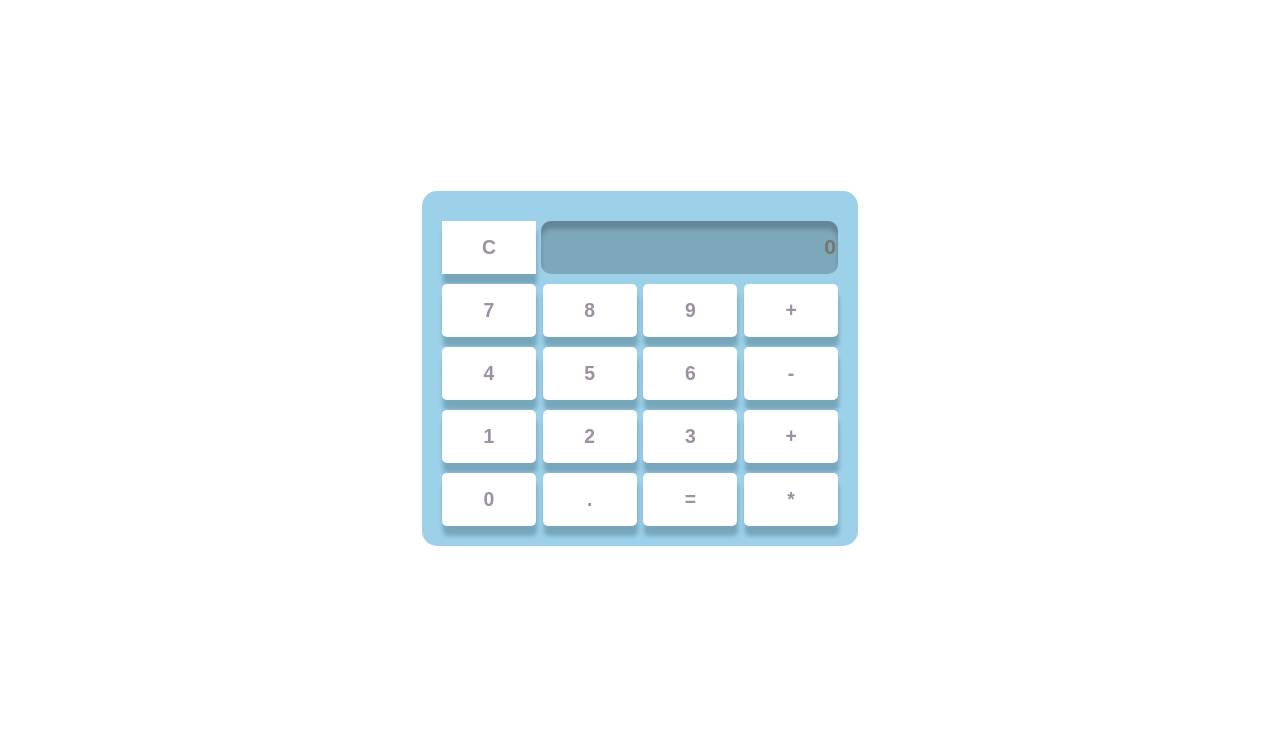
Repository: sem1103/calculator
Page: index.html
These files come from the project's save history. The page is drawn as it stood at one moment and after the next save; the edit follows.
The browser window is 1280 px wide. The pictures show the whole page.
The first visible `button` is being pressed.

Above is the page before, as saved 2023-11-01 20:47:05.

### index.html
<!DOCTYPE html>
<html lang="en">

<head>
    <meta charset="UTF-8">
    <meta name="viewport" content="width=device-width, initial-scale=1.0">
    <title>Calc</title>
    <style>
        * {
            box-sizing: border-box;
            font: bold 1.1rem arial;
        }

        .calc__container {
            display: flex;
            justify-content: center;
            height: 100vh;
            align-items: center;
        }

        .calc__wrapper {
            max-width: 900px;
            background-color: #9cd1e9;
            padding: 20px;
            border-radius: 15px;
        }

        .calc__display {
            box-shadow: inset 0px 8px 4px 0px #658695;
            background-color: #7da8ba;
            flex: 1;
            border-radius: 10px;
            border: 0;
            outline: 0;
            text-align: right;
            font-size: 1.2rem;
            color: #fff;
        }

        .calc__main,
        .calc__header {
            display: flex;
            flex-direction: row;
            flex-wrap: wrap;
            justify-content: space-between;
            row-gap: 10px;
            column-gap: 5px;

        }

        .calc__header {
            margin: 10px 0;
        }

        button {
            padding: 15px 5px;
            text-align: center;
            background-color: #fff;
            box-shadow: 1px 10px 4px #77a6bb;
            flex-basis: calc(25% - 5px);
            border: 0;
            border-radius: 5px;
            cursor: pointer;
            color: #9d8fa4;
        }
        button:active{
            border-radius: 0;
        }

    </style>
</head>

<body>
    <div class="calc__container">
        <div class="calc__wrapper">
            <div class="calc__header">
                <button>C</button>
                <input id="display" class="calc__display" type="text" placeholder="0">

                </input>
            </div>
            <div class="calc__main">
                <button onclick="setValueHandle(this)" >7</button>
                <button onclick="setValueHandle(this)">8</button>
                <button onclick="setValueHandle(this)">9</button>
                <button onclick="setValueHandle(this)">+</button>
                <button onclick="setValueHandle(this)">4</button>
                <button onclick="setValueHandle(this)">5</button>
                <button onclick="setValueHandle(this)">6</button>
                <button onclick="setValueHandle(this)">-</button>
                <button onclick="setValueHandle(this)">1</button>
                <button onclick="setValueHandle(this)">2</button>
                <button onclick="setValueHandle(this)">3</button>
                <button onclick="setValueHandle(this)">+</button>
                <button onclick="setValueHandle(this)">0</button>
                <button onclick="setValueHandle(this)">.</button>
                <button>=</button>
                <button onclick="setValueHandle(this)">*</button>
            </div>
        </div>
    </div>


    <script>
        let calcDisplay = document.getElementById('display');


        function setValueHandle(e){
            console.log(typeof e.innerHTML);
            calcDisplay.value += e.innerHTML.toString();
            console.log(calcDisplay.value);
        }


    </script>
</body>

</html>

After the next save:
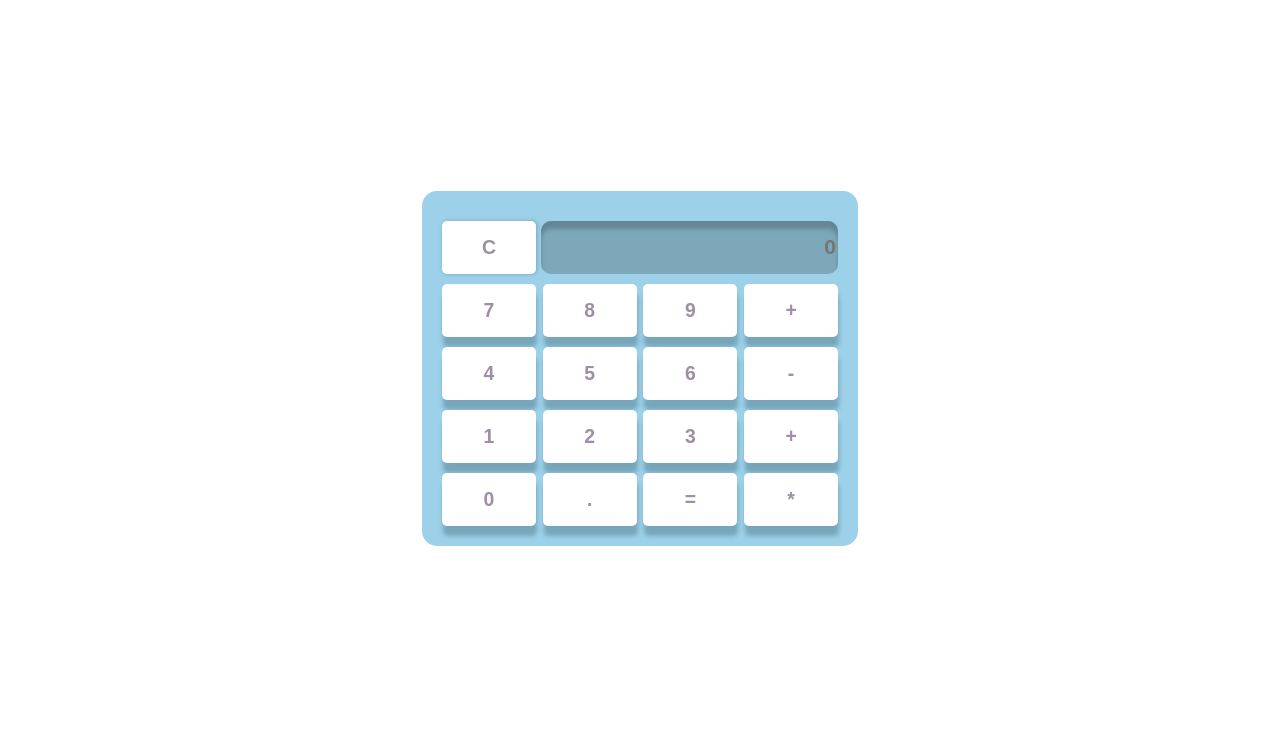
Saved 31 s later.
--- a/index.html
+++ b/index.html
@@ -64,7 +64,7 @@
             color: #9d8fa4;
         }
         button:active{
-            border-radius: 0;
+            box-shadow: 1px 0 4px #77a6bb;
         }
 
     </style>
